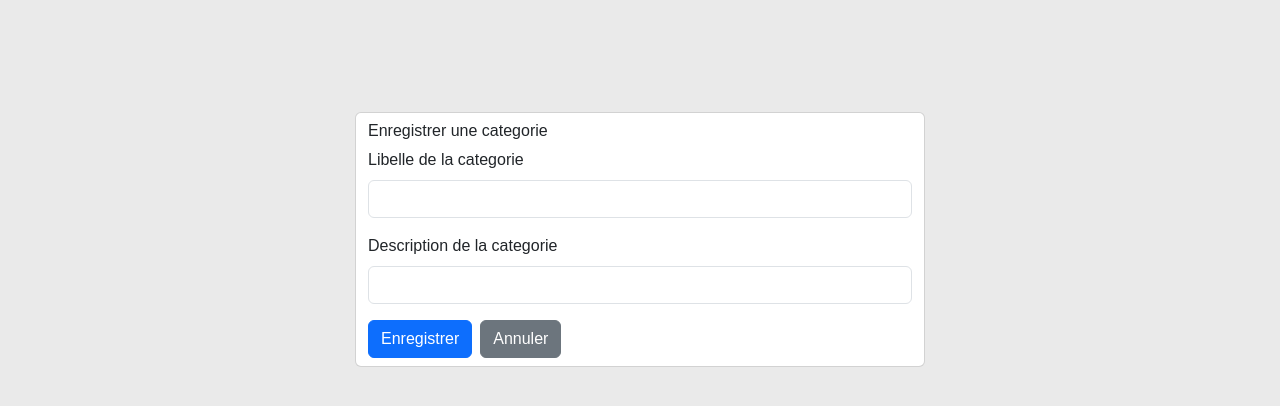
Repository: abdoulkarim20/model-gestion-produit-java-react
Page: /create-categorie
These files come from the project's save history. The page is drawn as it stood at one moment and after the next save; the edit follows.
The browser window is 1280 px wide. The pictures show the whole page.
The project was rebuilt for these pictures with package versions that can differ from the ones it lists, and the page was loaded fresh each time. Also part of the build but not shown: vite.config.ts, src/components/categories/CategorieTable.tsx.

Above is the page before, as saved 2024-07-20 03:09:38.

After the next save:
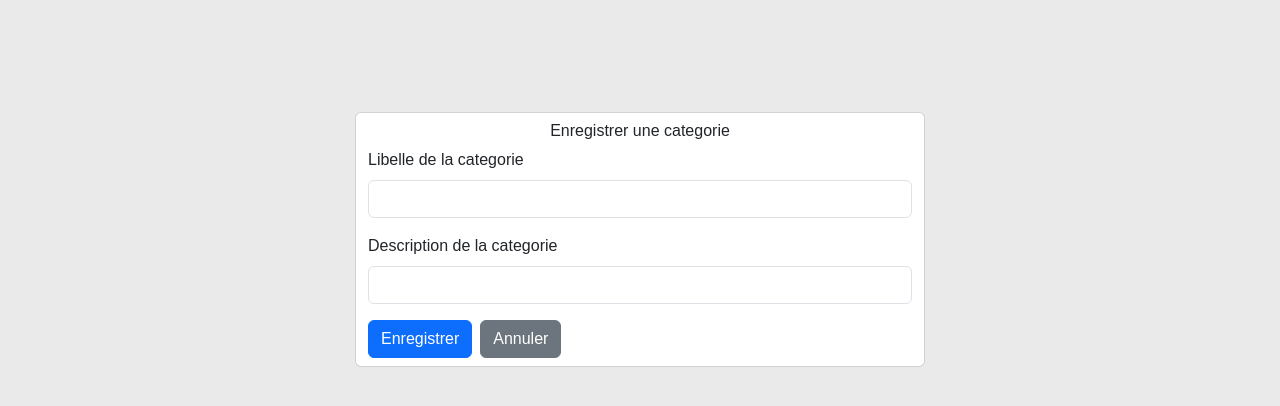
Saved 8 s later.
--- a/src/components/categories/CategorieForm.tsx
+++ b/src/components/categories/CategorieForm.tsx
@@ -32,7 +32,7 @@ export default function CategorieForm() {
             <div className="container">
                 <div className="row">
                     <div className="col-md-6 offset-md-3 card py-2">
-                        <h6>Enregistrer une categorie</h6>
+                        <h6 className="text-center">Enregistrer une categorie</h6>
                         <form className="form-style">
                             <div className="mb-3">
                                 <label htmlFor="exampleInputEmail1" className="form-label">Libelle de la categorie</label>
